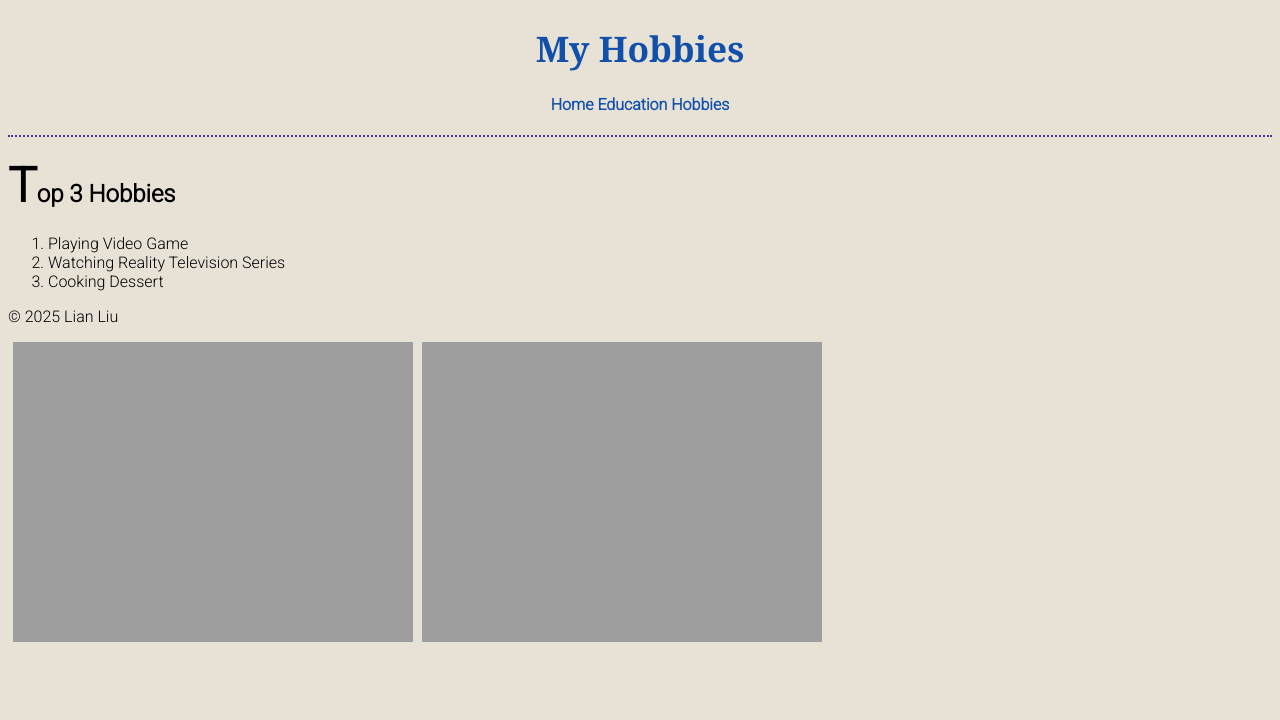
Repository: liulian26/CS5610
Page: assignment-1-liulian26/pages/hobbies.html
An editor plug-in stored every save of this project. The page is shown before and after the next save, followed by the edit.
The browser window is 1280 px wide. The pictures show the whole page.
Pictures or frames that could not be fetched are drawn as grey boxes.

Above is the page before, as saved 2025-02-01 00:26:58.

After the next save:
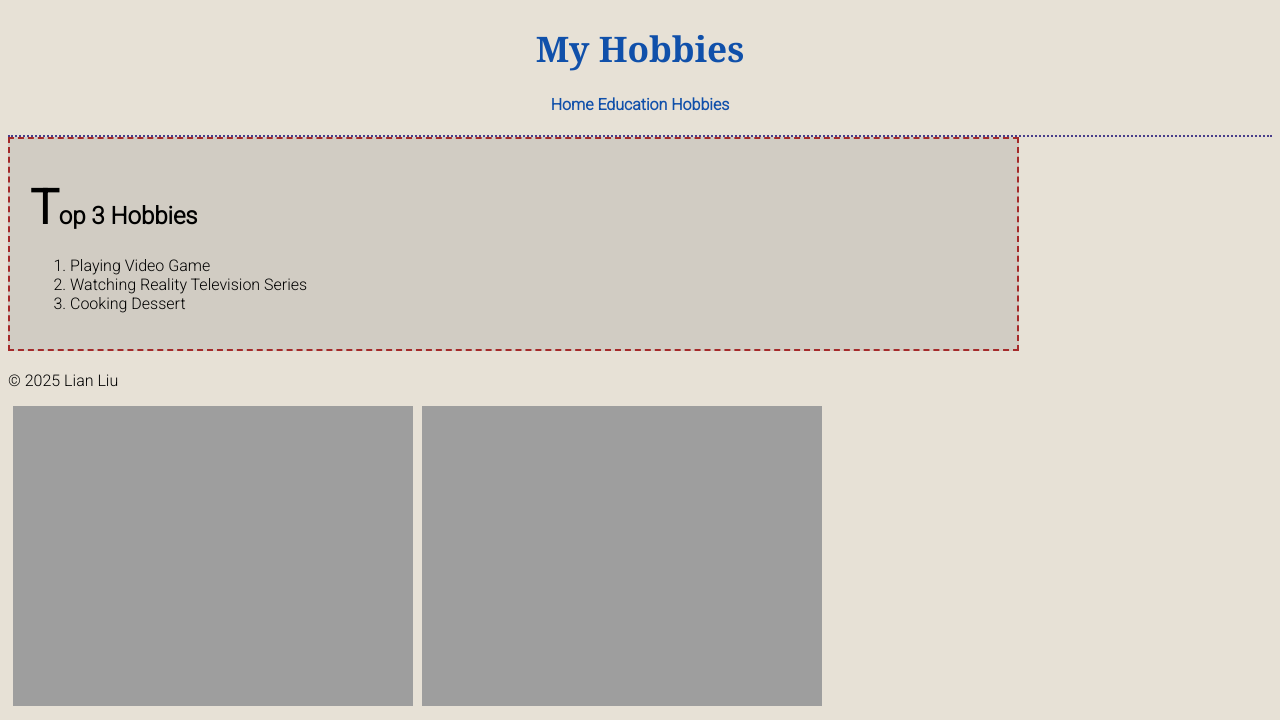
Saved 97 s later.
--- a/assignment-1-liulian26/css/styles.css
+++ b/assignment-1-liulian26/css/styles.css
@@ -41,6 +41,13 @@ nav ul li a:hover {
 main {
     width: 80%;
     margin: 20 auto;
+}
+
+section {
+    border: 2px dashed brown;
+    padding: 20px;
+    margin-bottom: 20px;
+    background-color: rgba(120, 120, 120, 0.2);
 }
 
 body {
